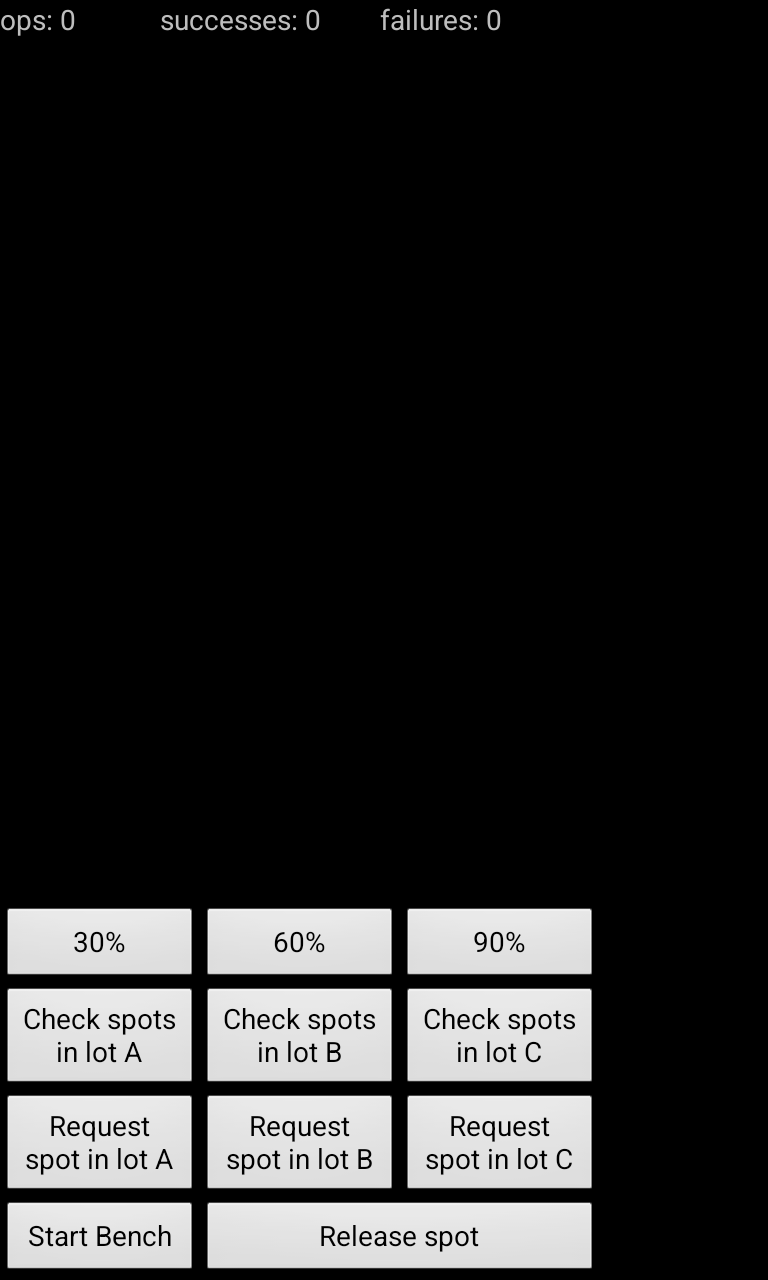
Repository: jasongao/csmcode
Layout: current/workspace/SMCloud/res/layout/main.xml
The author's editor kept a copy of each file at every save. The layout is drawn from the files as they stood at one save, then again after the next save.
It is drawn on a 768 x 1280 px phone screen (xhdpi) without system bars, with theme android:Theme; the app's code is not run. Lists and similar views that code fills are empty.

Above is the layout before, as saved 2011-07-15 02:00:41.

### current/workspace/SMCloud/res/layout/main.xml
<?xml version="1.0" encoding="utf-8"?>
<LinearLayout xmlns:android="http://schemas.android.com/apk/res/android"
	android:orientation="vertical" android:layout_width="fill_parent"
	android:layout_height="fill_parent">

	<LinearLayout android:layout_width="match_parent"
		android:layout_height="wrap_content" android:id="@+id/CountInfoLayout">
		<TextView android:text="ops: 0" android:layout_height="wrap_content"
			android:id="@+id/opcount_tv" android:layout_width="80dip"></TextView>
		<TextView android:text="successes: 0" android:layout_height="wrap_content"
			android:id="@+id/successcount_tv" android:layout_width="110dip"></TextView>
		<TextView android:text="failures: 0" android:layout_height="wrap_content"
			android:id="@+id/failurecount_tv" android:layout_width="90dip"></TextView>
	</LinearLayout>

	<ListView android:id="@+id/msgList" android:layout_width="fill_parent"
		android:layout_height="fill_parent" android:stackFromBottom="true"
		android:transcriptMode="alwaysScroll" android:layout_weight="1">
	</ListView>

	<LinearLayout android:layout_width="fill_parent"
		android:orientation="horizontal" android:layout_height="wrap_content"
		android:id="@+id/SetDistributionLayout">
		<Button android:layout_width="100dip" android:text="30%"
			android:id="@+id/setdistribution30_button" android:layout_height="40dip"></Button>
		<Button android:layout_width="100dip" android:text="60%"
			android:id="@+id/setdistribution60_button" android:layout_height="40dip"></Button>
		<Button android:layout_width="100dip" android:text="90%"
			android:id="@+id/setdistribution90_button" android:layout_height="40dip"></Button>
	</LinearLayout>

	<LinearLayout android:layout_width="fill_parent"
		android:orientation="horizontal" android:layout_height="wrap_content"
		android:id="@+id/CheckSpotLayout">
		<Button android:layout_height="wrap_content"
			android:layout_width="100dip" android:text="Check spots in lot A"
			android:id="@+id/readparkingA_button"></Button>
		<Button android:layout_height="wrap_content"
			android:layout_width="100dip" android:text="Check spots in lot B"
			android:id="@+id/readparkingB_button"></Button>
		<Button android:layout_height="wrap_content"
			android:layout_width="100dip" android:text="Check spots in lot C"
			android:id="@+id/readparkingC_button"></Button>
	</LinearLayout>

	<LinearLayout android:layout_width="fill_parent"
		android:orientation="horizontal" android:layout_height="wrap_content"
		android:id="@+id/RequestSpotLayout">
		<Button android:layout_height="wrap_content"
			android:layout_width="100dip" android:text="Request spot in lot A"
			android:id="@+id/requestparkingA_button"></Button>
		<Button android:layout_height="wrap_content"
			android:layout_width="100dip" android:text="Request spot in lot B"
			android:id="@+id/requestparkingB_button"></Button>
		<Button android:layout_height="wrap_content"
			android:layout_width="100dip" android:text="Request spot in lot C"
			android:id="@+id/requestparkingC_button"></Button>
	</LinearLayout>

	<LinearLayout android:layout_width="fill_parent"
		android:orientation="horizontal" android:layout_height="wrap_content"
		android:id="@+id/RequestLayout">
		<Button android:layout_width="100dip" android:text="Start Bench" android:id="@+id/testcsm_button" android:layout_height="40dip"></Button>
		<Button android:layout_width="200dip" android:text="Release spot"
			android:id="@+id/releaseparking_button" android:layout_height="40dip"></Button>
	</LinearLayout>

</LinearLayout>

After the next save:
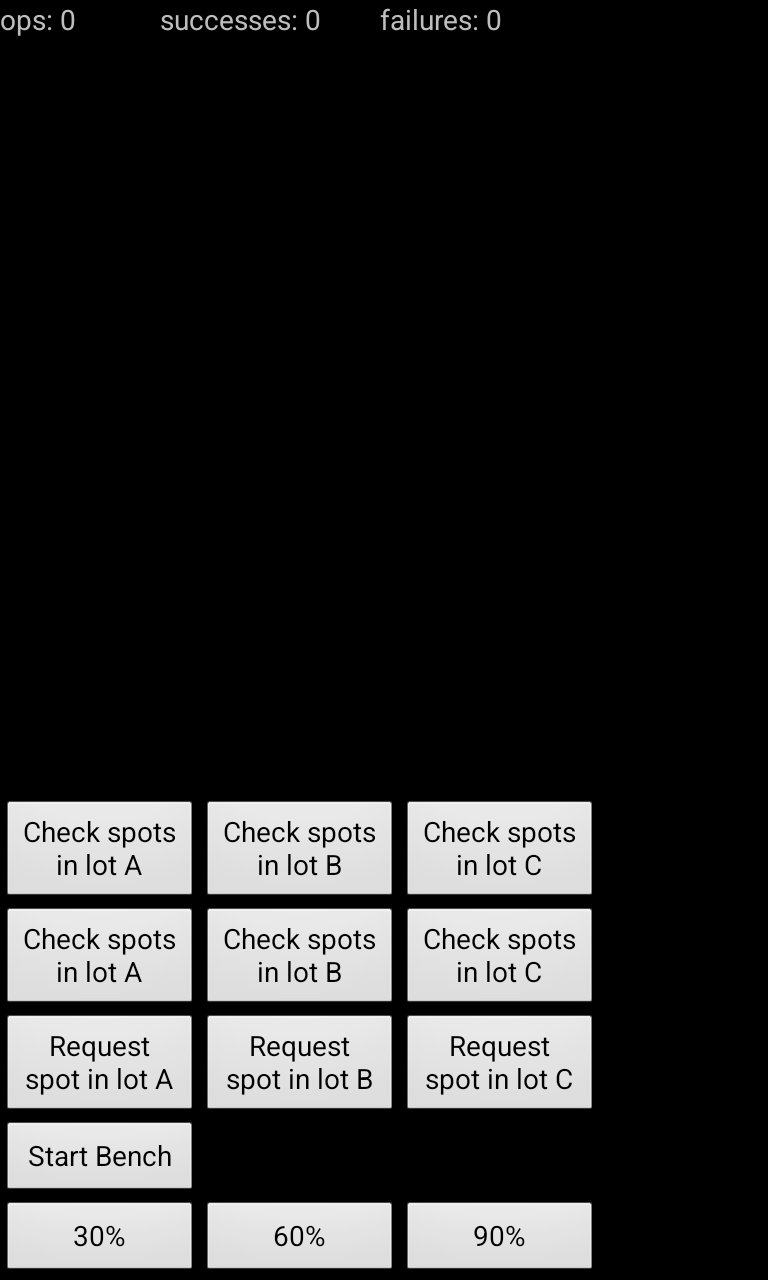
Saved 4 h 18 min later.
--- a/current/workspace/SMCloud/res/layout/main.xml
+++ b/current/workspace/SMCloud/res/layout/main.xml
@@ -20,13 +20,16 @@
 
 	<LinearLayout android:layout_width="fill_parent"
 		android:orientation="horizontal" android:layout_height="wrap_content"
-		android:id="@+id/SetDistributionLayout">
-		<Button android:layout_width="100dip" android:text="30%"
-			android:id="@+id/setdistribution30_button" android:layout_height="40dip"></Button>
-		<Button android:layout_width="100dip" android:text="60%"
-			android:id="@+id/setdistribution60_button" android:layout_height="40dip"></Button>
-		<Button android:layout_width="100dip" android:text="90%"
-			android:id="@+id/setdistribution90_button" android:layout_height="40dip"></Button>
+		android:id="@+id/CheckSpotLayout">
+		<Button android:layout_height="wrap_content"
+			android:layout_width="100dip" android:text="Check spots in lot A"
+			android:id="@+id/readparkingA_button"></Button>
+		<Button android:layout_height="wrap_content"
+			android:layout_width="100dip" android:text="Check spots in lot B"
+			android:id="@+id/readparkingB_button"></Button>
+		<Button android:layout_height="wrap_content"
+			android:layout_width="100dip" android:text="Check spots in lot C"
+			android:id="@+id/readparkingC_button"></Button>
 	</LinearLayout>
 
 	<LinearLayout android:layout_width="fill_parent"
@@ -61,8 +64,17 @@
 		android:orientation="horizontal" android:layout_height="wrap_content"
 		android:id="@+id/RequestLayout">
 		<Button android:layout_width="100dip" android:text="Start Bench" android:id="@+id/testcsm_button" android:layout_height="40dip"></Button>
-		<Button android:layout_width="200dip" android:text="Release spot"
-			android:id="@+id/releaseparking_button" android:layout_height="40dip"></Button>
+	</LinearLayout>
+
+	<LinearLayout android:layout_width="fill_parent"
+		android:orientation="horizontal" android:layout_height="wrap_content"
+		android:id="@+id/SetDistributionLayout">
+		<Button android:layout_width="100dip" android:text="30%"
+			android:id="@+id/setdistribution30_button" android:layout_height="40dip"></Button>
+		<Button android:layout_width="100dip" android:text="60%"
+			android:id="@+id/setdistribution60_button" android:layout_height="40dip"></Button>
+		<Button android:layout_width="100dip" android:text="90%"
+			android:id="@+id/setdistribution90_button" android:layout_height="40dip"></Button>
 	</LinearLayout>
 
 </LinearLayout>
